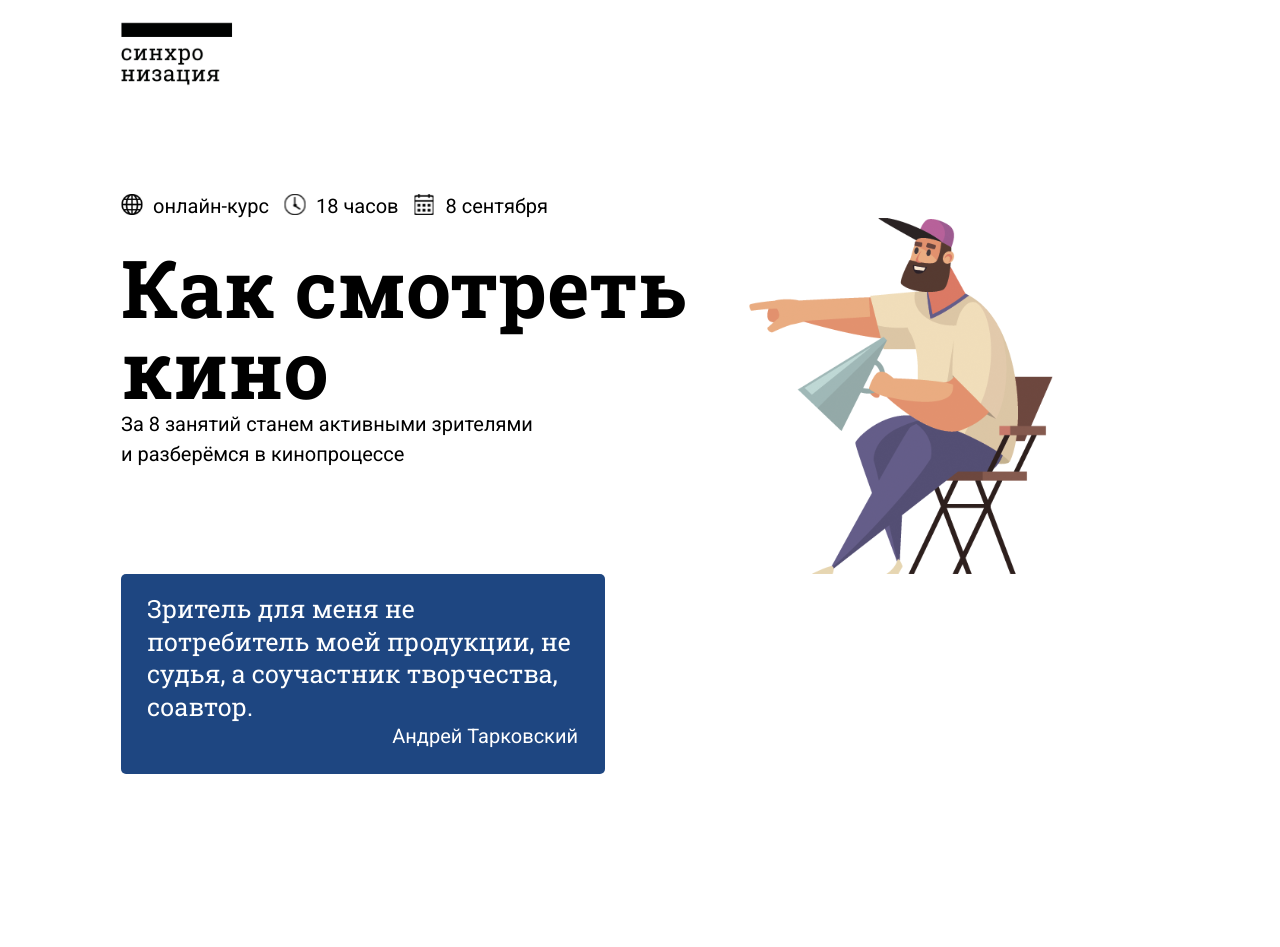
Repository: HeybetzadeQedim/task-2
Page: index.html
These files come from the project's save history. The page is drawn as it stood at one moment and after the next save; the edit follows.
The browser window is 1280 px wide. The pictures show the whole page.

Above is the page before, as saved 2023-10-04 16:05:58.

### index.html
<!DOCTYPE html>
<html lang="en">
  <head>
    <meta charset="UTF-8" />
    <meta name="viewport" content="width=device-width, initial-scale=1.0" />
    <title>Document</title>
    <link rel="stylesheet" href="./index.css" />
  </head>
  <body>
    <div class="main-container">
      <img src="./ımages/logo_mobile_black 1.svg" />
      <ul class="image-container">
        <li>
            <img src="./ımages/globe.svg" />
            <p>онлайн-курс</p>
        </li>
      <li>
        <img src="./ımages/img_135744.svg" />
        <p>18 часов</p>
      </li>

        <li>
            <img src="./ımages/calendar_2.svg" />
            <p>8 сентября</p>
        </li>
      </ul>
      <div class="flex-container">
        <div class="text-container">
          <h1>Как смотреть кино</h1>
          <p>
            За 8 занятий станем активными зрителями и разберёмся в кинопроцессе
          </p>
        </div>

          <img src="./ımages/noroot 1.svg" />

      </div>
      <div class="box">
        <p>
          Зритель для меня не потребитель моей продукции, не судья, а соучастник
          творчества, соавтор.
        </p>
        <p>Андрей Тарковский</p>
      </div>
    </div>
  </body>
</html>

### index.css
@import url("https://fonts.googleapis.com/css2?family=Roboto&family=Roboto+Slab:wght@400;700&display=swap");
* {
  margin: 0;
  padding: 0;
  box-sizing: border-box;
}
.main-container {
  padding: 21px 246px 173px 121px;
}
.main-container img:first-child {
  width: 112px;
  height: 66px;
}
.main-container .image-container {
  display: flex;
  margin-top: 100px;
}
.image-container li{
  margin-right: 15px;
  list-style-type: none;
  display: flex;
  align-items: center;
}
.image-container img:first-child {
  width: 22px;
  height: 21px;
}
.image-container img:nth-child(2) {
  width: 22px;
  height: 22px;
}
.image-container img:last-child {
  width: 20px;
  height: 22px;
}
.image-container p {
  color: #000;
  margin-left: 10px;
  margin-top: 4px;
  font-family: Roboto;
  font-size: 20px;
  font-style: normal;
  font-weight: 400;
  line-height: 115%;
}
.flex-container {
  display: flex;
  justify-content: space-between;
}
h1 {
  width: 628px;
  margin-top: 29px;
  color: #000;
  font-family: Roboto Slab;
  font-size: 80px;
  font-style: normal;
  font-weight: 700;
  line-height: 101.385%;
}
.text-container p {
  width: 414px;
  color: #000;
  font-family: Roboto;
  font-size: 20px;
  font-style: normal;
  font-weight: 400;
  line-height: 150%;
}

.image-box img:first-child {
  width: 304px;
  height: 356px;
  /* margin-left: 140px; */
}
.box {
  width: 484px;
  height: 200px;
  /* margin: 87px 0 173px 409px; */
  margin: ;
  border-radius: 5px;
  background: #1e4681;
  padding: 19px 27px 68px 26px;
}
.box p:first-child {
  width: 431px;
  color: #fff;
  font-family: Roboto Slab;
  font-size: 25px;
  font-style: normal;
  font-weight: 400;
  line-height: 130%;
}
.box p:last-child {
  color: #fff;
  text-align: right;
  font-family: Roboto;
  font-size: 20px;
  font-style: normal;
  font-weight: 400;
  line-height: 130%;
}

/* tablet style */
@media screen and (max-width: 1024px) {
  .main-container {
    padding: 22px 0 70px 100px ;
  }
  .main-container img:first-child {
    width: 64.867px;
    height: 38.225px;
  }
  .image-container {
    margin-top: 56px;
  }
  .image-container img:first-child {
    width: 13px;
    height: 12px;
  }
  .image-container img:nth-child(2) {
    width: 13px;
    height: 13px;
  }
  .image-container img:last-child {
    width: 12px;
    height: 13px;
  }
  .image-container p {
    font-size: 12px;
  }
  h1 {
    font-size: 46px;
    width: 364px;
  }
  .text-container p {
    font-size: 12px;
  }
  .image-box img:first-child {
    width: 176px;
    height: 206px;
  }
  .box {
    width: 280px;
    height: 116px;
    border-radius: 3px;
    margin: 61px 0 100px 252px;
    padding: 11px 16px 4px 15px ;
  }
  .box p:first-child {
    width: 249px;
    font-size: 14px;
  }
  .box p:last-child {
    font-size: 12px;
    margin-top: 9px;
  }
}
/* mobile style */
@media screen and (max-width: 768px) {
  .main-container {
    padding: 36px 32px 75px 36px;
  }
  .main-container img:first-child {
    width: 52px;
    height: 31px;
  }
  .image-container {
    margin-top: 45px;
  }
  .image-container img:first-child {
    width: 10px;
    height: 10px;
  }
  .image-container img:nth-child(2) {
    width: 10px;
    height: 10px;
  }
  .image-container img:last-child {
    width: 9px;
    height: 10px;
  }
  .image-container p {
    font-size: 10px;
  }
  h1 {
    width: 293px;
    font-size: 37px;
  }
  .text-container p {
    font-size: 10px;
    width: 212px;
  }
  .image-box img:first-child {
    width: 142px;
    height: 166px;
  }
  .flex-container {
    flex-direction: column;
  }
  .box {
    width: 225px;
    height: 93px;
    margin: 48px 0 75px 38px;
  }
  .box p:first-child {
    width: 201px;
    font-size: 11px;
  }
  .box p:last-child {
    font-size: 10px;
  }
}

After the next save:
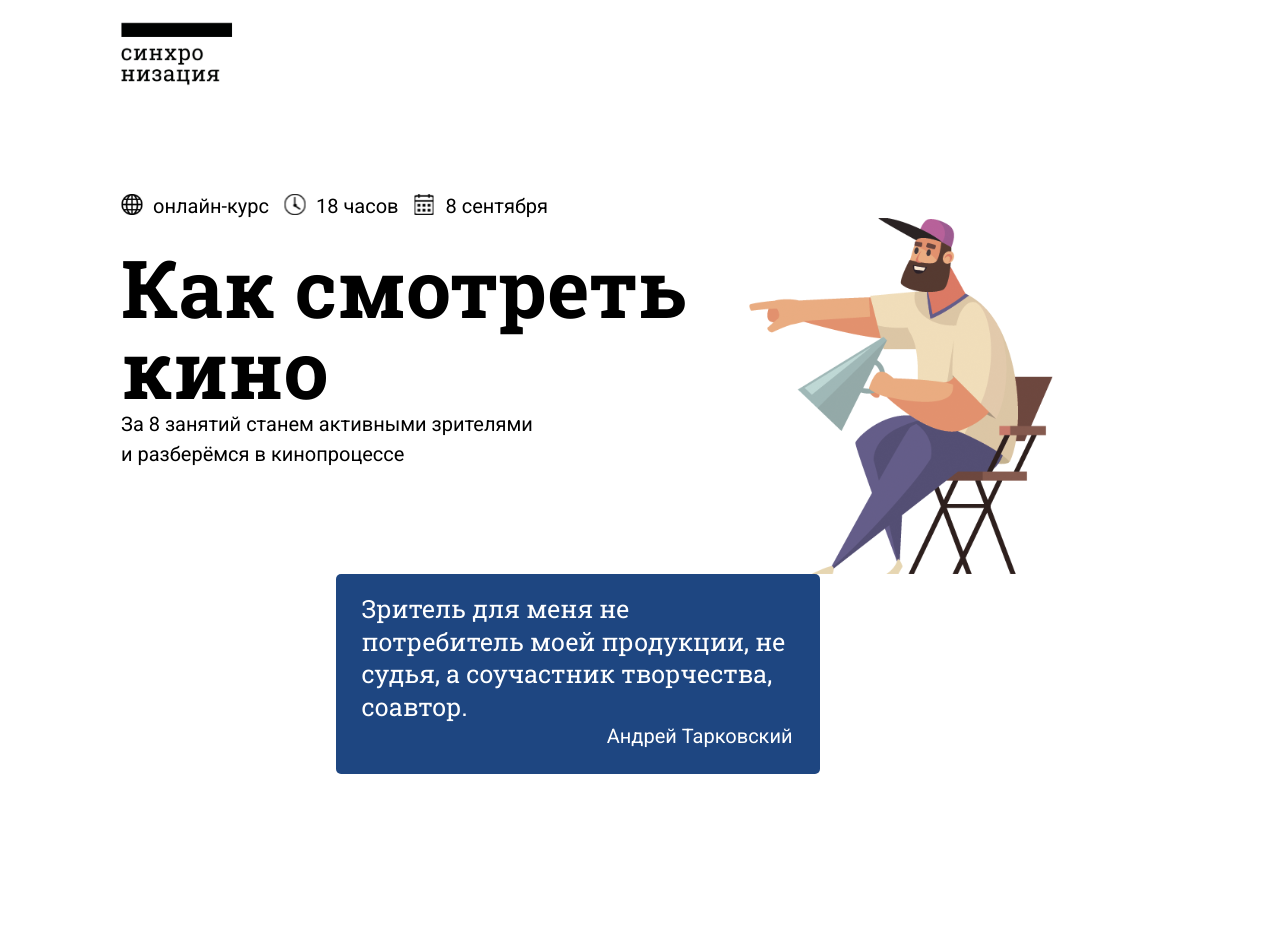
Saved 4 s later.
--- a/index.css
+++ b/index.css
@@ -76,7 +76,7 @@ h1 {
   width: 484px;
   height: 200px;
   /* margin: 87px 0 173px 409px; */
-  margin: ;
+  margin: auto;
   border-radius: 5px;
   background: #1e4681;
   padding: 19px 27px 68px 26px;
